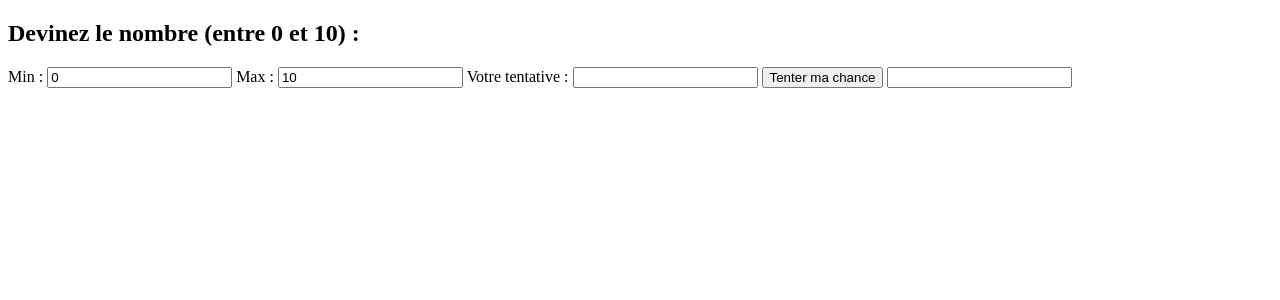
Repository: nadegekarim/Connexionbasejava
Page: TPRechercherNombre/src/main/webapp/index.html
The author's editor kept a copy of each file at every save. The page is drawn from the files as they stood at one save, then again after the next save.
The browser window is 1280 px wide. The pictures show the whole page.

Above is the page before, as saved 2025-01-30 14:11:43.

After the next save:
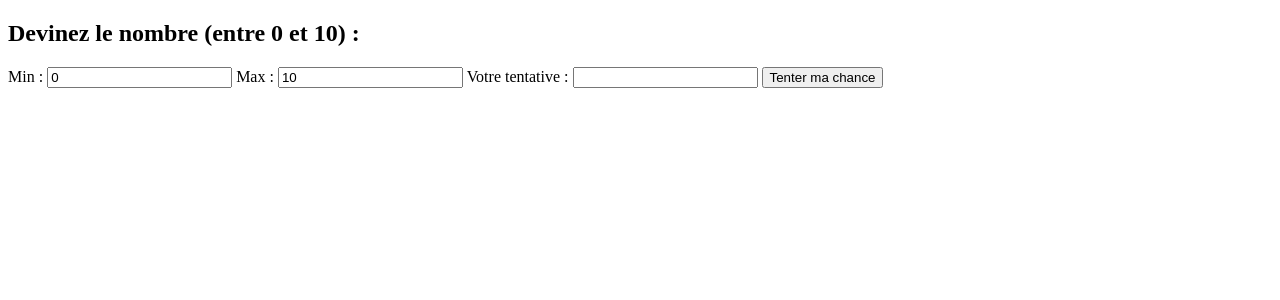
Saved 79 s later.
--- a/TPRechercherNombre/src/main/webapp/index.html
+++ b/TPRechercherNombre/src/main/webapp/index.html
@@ -22,7 +22,6 @@
     <input type="number" name="invite" required>
     <input type="submit" value="Tenter ma chance">
 
-    <input type="number">
    </form>
 
 </body>
